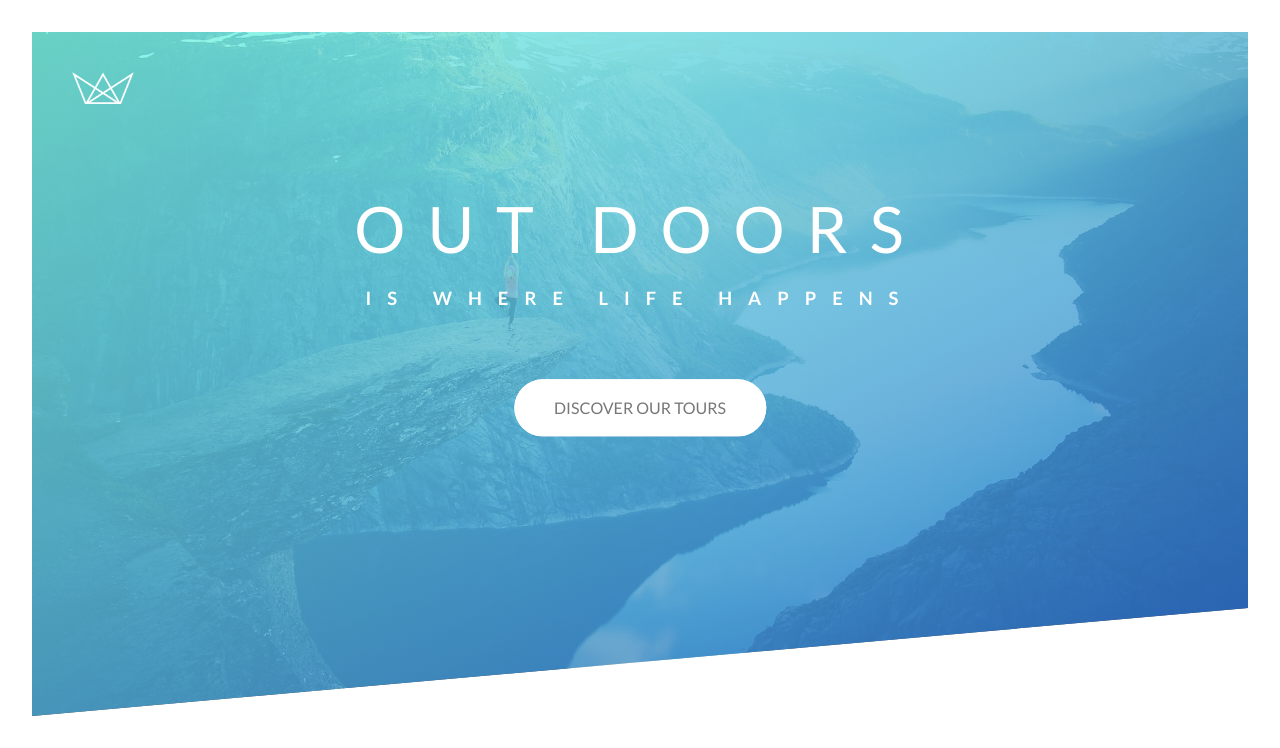
Repository: haokiet2501/natours-page
Page: index.html
An editor plug-in stored every save of this project. The page is shown before and after the next save, followed by the edit.
The browser window is 1280 px wide. The pictures show the whole page.
The style sheet was rebuilt from its Sass, Less or Tailwind sources for each picture, by a compiler version that may differ from the author's.

Above is the page before, as saved 2022-08-05 13:35:53.

### index.html
<!DOCTYPE html>
<html lang="en">
<head>
    <meta charset="UTF-8">
    <meta http-equiv="X-UA-Compatible" content="IE=edge">
    <meta name="viewport" content="width=device-width, initial-scale=1.0">
    <link rel="shortcut icon" href="img/favicon.png" type="image/x-icon">
    <link rel="stylesheet" href="sass/css/styles.css">
    <title>Natours</title>
</head>
<body>
    <header class="header">
        <div class="header__logo">
            <img src="img/logo-white.png" alt="Logo" class="logo-img">
        </div>
        <div class="heading">
            <h1 class="heading-text">
                <span class="heading-subtitle">
                    Out doors
                </span>
                <span class="heading-subtext">
                    is where life happens
                </span>
            </h1>

            <a href="#" class="btn btn-white btn-animate">Discover our tours</a>
        </div>
    </header>
</body>
</html>

### sass/styles.scss
@import url('https://fonts.googleapis.com/css2?family=Lato:wght@300;400;700;900&display=swap');

* {
    margin: 0;
    padding: 0;
    box-sizing: border-box;
}

:root {
    --lighten-blue: #69ffd7;
    --medium-blue: #3badd4;
    --dark-blue: #1b92c2;
}

body {
    font-family: "Lato", sans-serif;
    line-height: 1.7;
    font-weight: 400;
    font-size: 1rem;
    color: #777;
    padding: 2rem;
}

html {
    scroll-behavior: smooth;
}

.header {
    position: relative;
    height: 95vh;
    background-image: linear-gradient(
        to right bottom,
        rgba(126, 255, 232, 0.8),
        rgba(40, 107, 208, 0.8)
        ), url(/img/hero.jpg);
    background-size: cover;
    background-position: top;
    clip-path: polygon(0 0, 100% 0, 100% 80vh, 0 100%);

    &__logo {
        position: absolute;
        top: 2.5rem;
        left: 2.5rem;
    }

    .logo-img {
        height: 2rem;
    }
}

.logo {
    position: absolute;
    top: 2.5rem;
    left: 2.5rem;
}

.logo-img {
    height: 2rem;
}

.heading {
    position: absolute;
    top: 40%;
    left: 50%;
    transform: translate(-50%, -50%);
    text-align: center;
}

.heading-text {
    color: #fff;
    text-transform: uppercase;
    backface-visibility: hidden;

    margin-bottom: 4rem;
}

.heading-subtitle {
    display: block;
    font-size: 4rem;
    font-weight: 400;
    letter-spacing: 22px;
    animation: 1s moveLeft ease-out;
}

.heading-subtext {
    display: block;
    font-size: 1.15rem;
    font-weight: 700;
    letter-spacing: 1rem;
    animation: 1s moveRight ease-out;
}

@keyframes moveLeft{
    0% {
        opacity: 0;
        transform: translateX(-100px);
    }
    80% {
        transform: translateX(20px);
    }
    100% {
        opacity: 1;
        transform: translate(0);
    }
}

@keyframes moveRight{
    0% {
        opacity: 0;
        transform: translateX(100px);
    }
    80% {
        transform: translateX(-20px);
    }
    100% {
        opacity: 1;
        transform: translate(0);
    }
}

@keyframes moveBottom{
    0% {
        opacity: 0;
        transform: translateY(30px);
    }

    100% {
        opacity: 1;
        transform: translate(0);
    }
}

.btn:link,
.btn:visited {
    text-decoration: none;
    text-transform: uppercase;
    padding: 15px 40px;
    display: inline-block;
    border-radius: 100px;
    transition: all .2s;
    position: relative;
}

.btn:hover {
    transform: translateY(-3px);
    box-shadow: 0 10px 20px rgba(0, 0, 0, 0.2);
}

.btn:active {
    transform: translateY(-1px);
    box-shadow: 0 5px 10px rgba(0, 0, 0, 0.2);
}

.btn-white {
    background-color: #fff;
    color: #777;
}

.btn::after {
    content: "";
    display: inline-block;
    top: 0;
    left: 0;
    width: 100%;
    height: 100%;
    position: absolute;
    border-radius: 100px;
    z-index: -1;
    transition: all .4s;
}

.btn-white::after {
    background-color: #fff;
}

.btn:hover::after {
    transform: scaleX(1.4) scaleY(1.6);
    opacity: 0;
}

.btn-animate {
    animation: moveBottom .5s ease-out 0.75;
    animation-fill-mode: backwards;
}

After the next save:
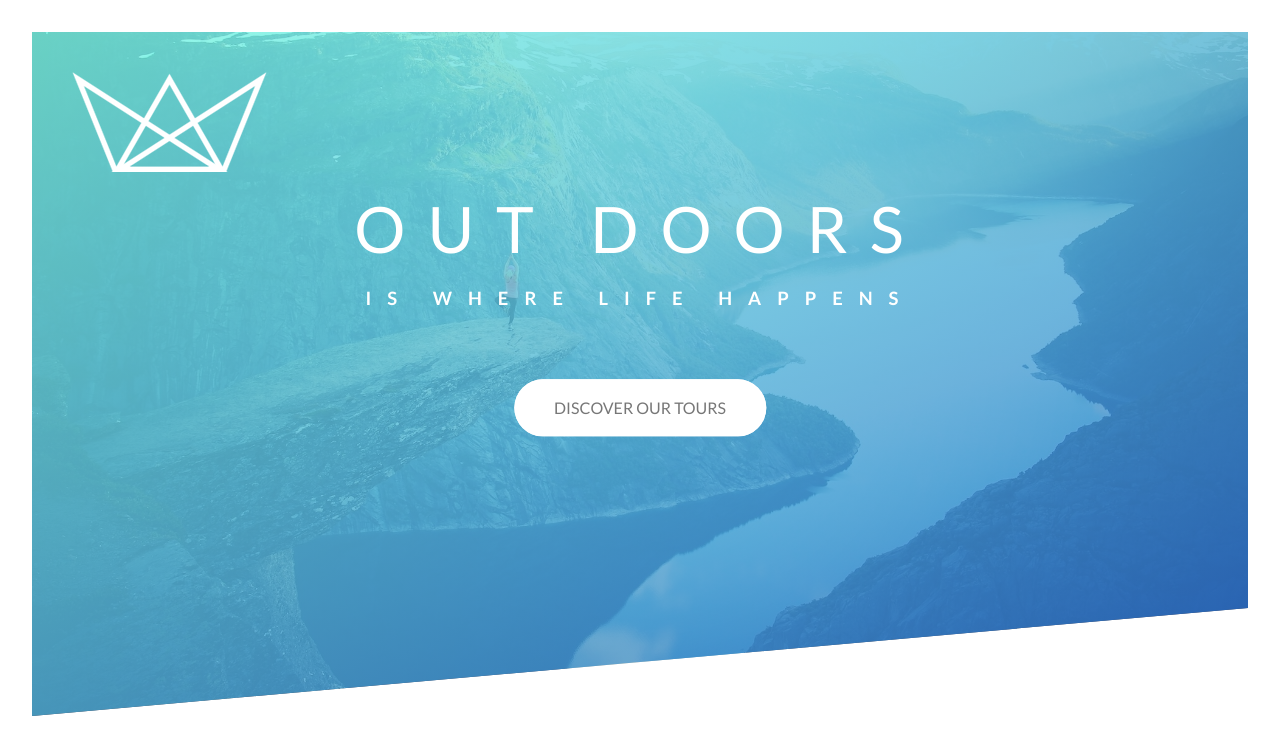
Saved 12 s later.
--- a/index.html
+++ b/index.html
@@ -11,7 +11,7 @@
 <body>
     <header class="header">
         <div class="header__logo">
-            <img src="img/logo-white.png" alt="Logo" class="logo-img">
+            <img src="img/logo-white.png" alt="Logo" class="header__img">
         </div>
         <div class="heading">
             <h1 class="heading-text">

After the save that followed:
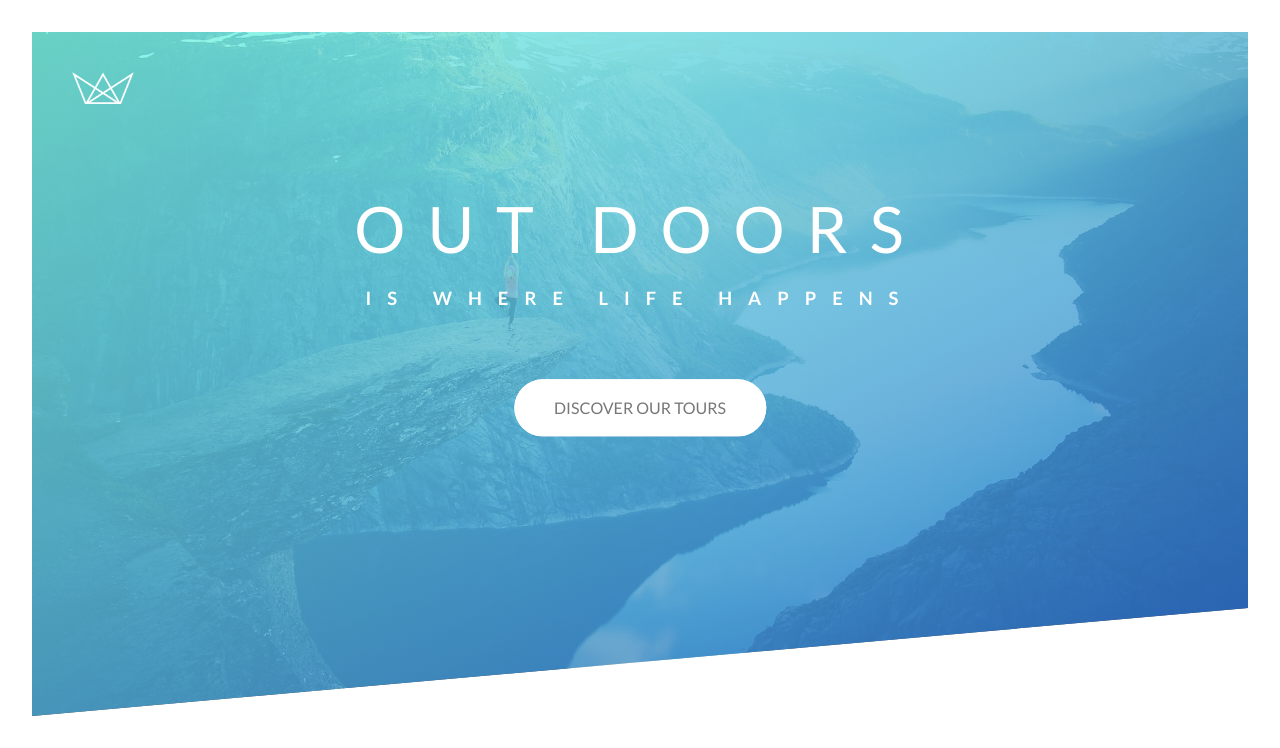
Saved 9 s later.
--- a/sass/styles.scss
+++ b/sass/styles.scss
@@ -43,7 +43,7 @@ html {
         left: 2.5rem;
     }
 
-    .logo-img {
+    &__img {
         height: 2rem;
     }
 }
